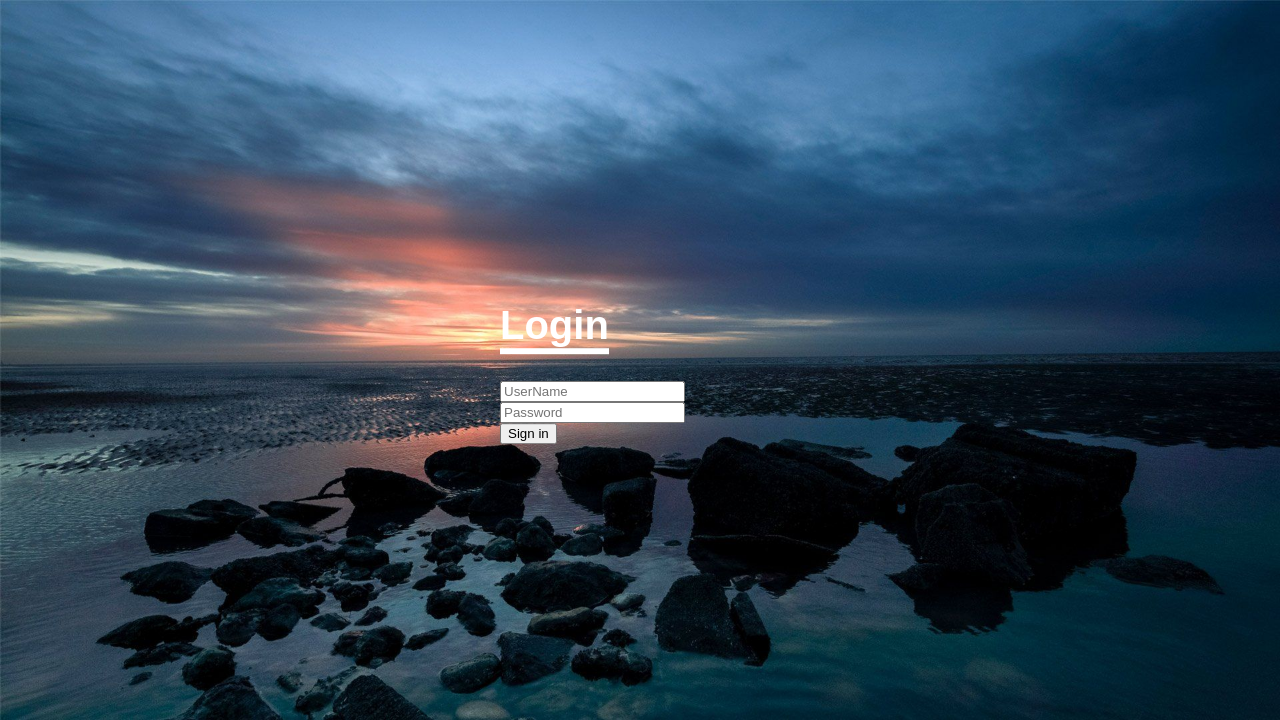
Repository: Berilinanir/Login-Logout-System
Page: Loginn/WebContent/login.html
The author's editor kept a copy of each file at every save. The page is drawn from the files as they stood at one save, then again after the next save.
The browser window is 1280 px wide. The pictures show the whole page.

Above is the page before, as saved 2018-10-13 12:49:36.

### Loginn/WebContent/login.html
<!DOCTYPE html>
<html>
<head>
<meta charset="UTF-8">

<title>Login Form</title>

<link rel="stylesheet" href="style2.css">

</head>
<body>

 <form method="post" action="Login">


 <div class="login-box">

 <h1>Login</h1>

 <div class="textbox">

  <input type="text" placeholder="UserName"  name="" value="">

 </div>

 <div class="textbox">

  <input type="password" placeholder="Password"  name="" value="">

 </div>

 <input class="btn" type="button"  name="" value="Sign in">

 </form>
</body>
</html>

### Loginn/WebContent/style2.css
@charset "UTF-8";

body{

	margin:0;
	padding:0;
	font-family:sans-serif;
	background:url("resim4.jpg") no-repeat;
	background-size:cover;

}

.login-box{

	  width:280px;
	  position:absolute;
	  top:50%;
	  left:50%;
	  transform:translate(-50%,-50%);
	  color:white;

}

.login-box h1{

	 float:left;
	 font-size:40px;
	 border-bottom:6px solid;

}

After the next save:
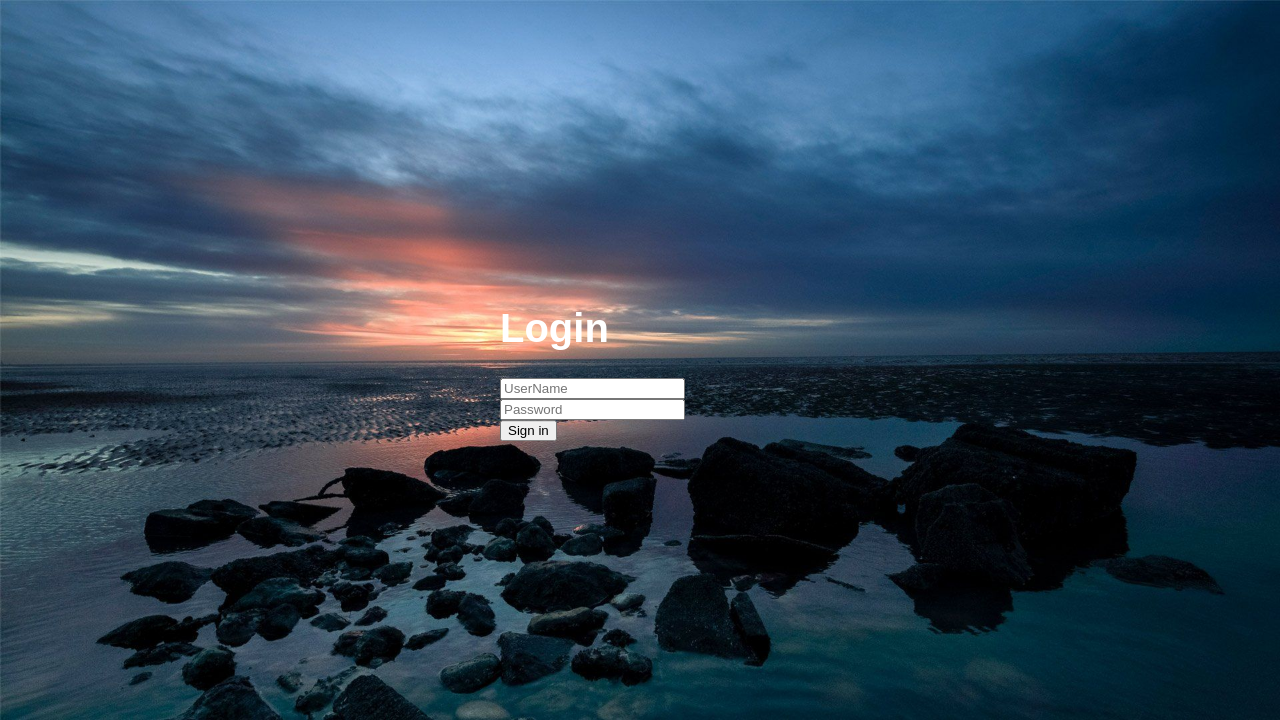
Saved 21 s later.
--- a/Loginn/WebContent/style2.css
+++ b/Loginn/WebContent/style2.css
@@ -25,6 +25,6 @@ body{
 
 	 float:left;
 	 font-size:40px;
-	 border-bottom:6px solid;
+
 
 }
